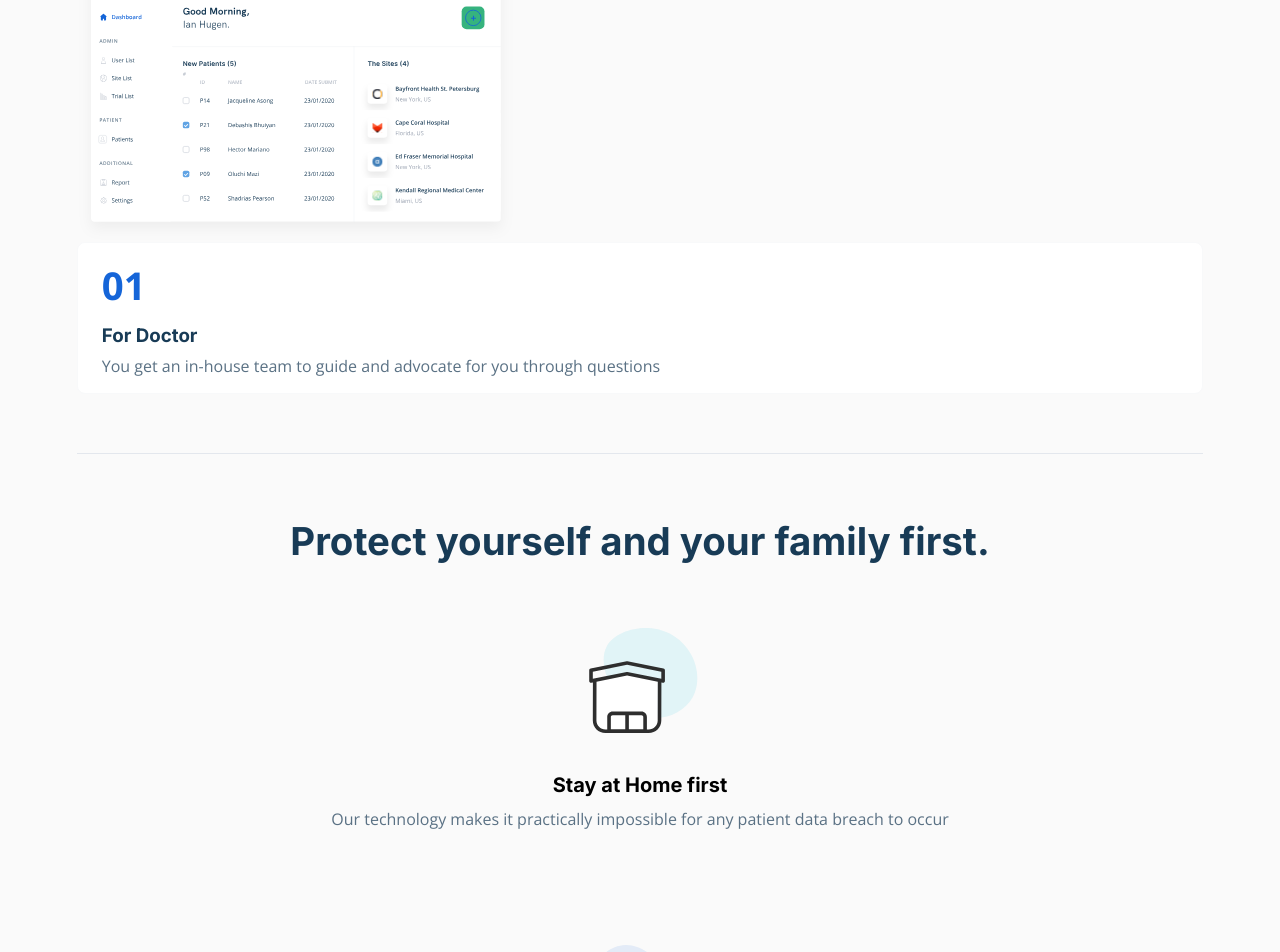
Repository: Esttevo/prova-html-css
Page: index.html
The author's editor kept a copy of each file at every save. The page is drawn from the files as they stood at one save, then again after a run of saves.
The browser window is 1280 px wide. The pictures show the part of the page from y = 1111 to 2063 px (the page is 6237 px tall before and 6165 px after).
A picture or video elsewhere on the page could not be fetched, so the positions and the page height are approximate.

Above is the page before, as saved 2026-09-01 14:48:17.

After the next 2 saves:
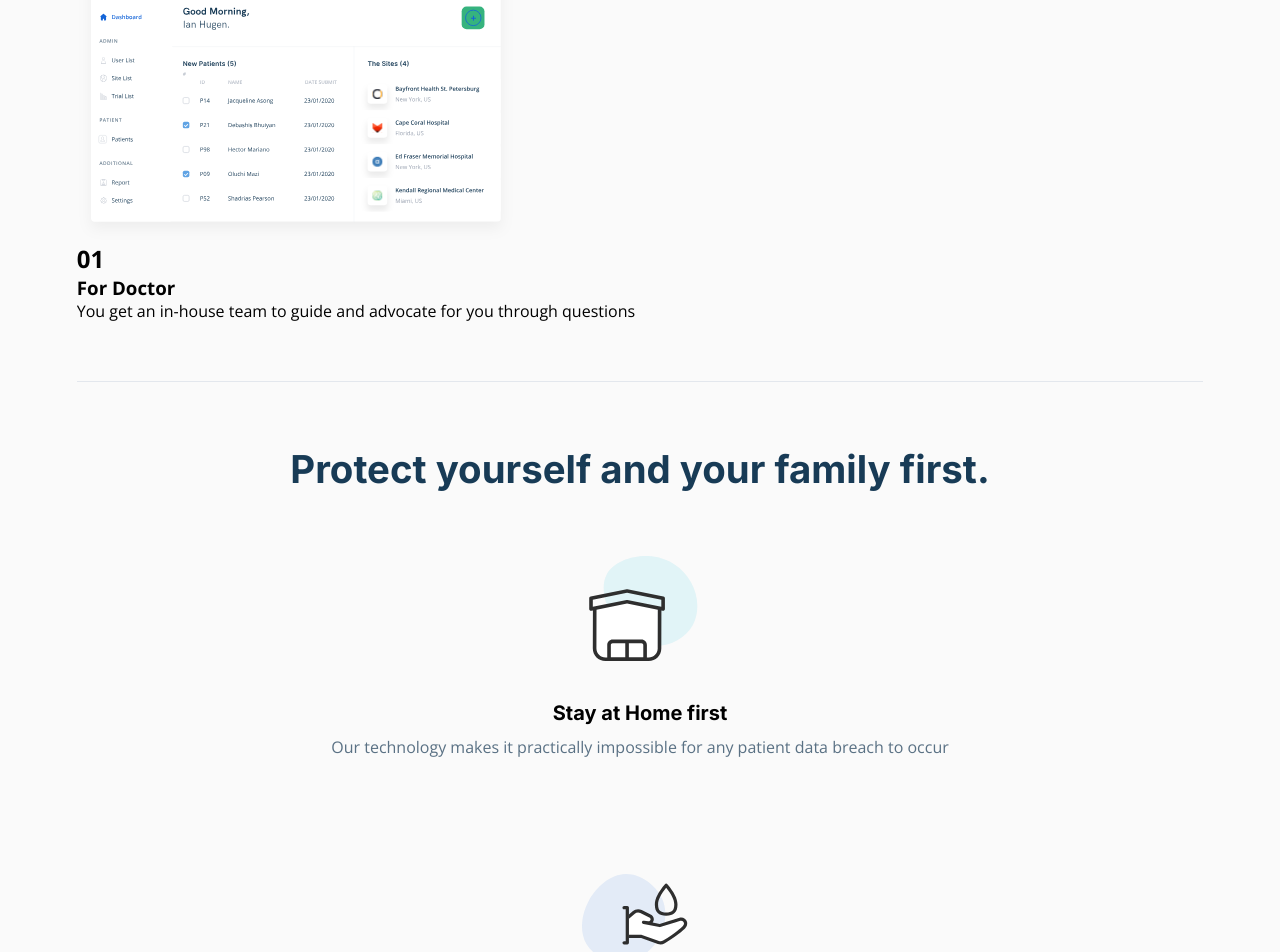
The 2 saves are shown as one change because they came seconds apart.
The last was saved 89 s later.
--- a/index.html
+++ b/index.html
@@ -77,7 +77,7 @@
            <img src="img/Dashboard.svg" alt="dashboard de exemplo de um sistema de agendamento">
 
            <div id="cards-advantages">
-                <div id="first-card-advantages">
+                <div id="card-advantages">
                      <h2>01</h2>
                      <h3>For Doctor</h3>
                      <p>
